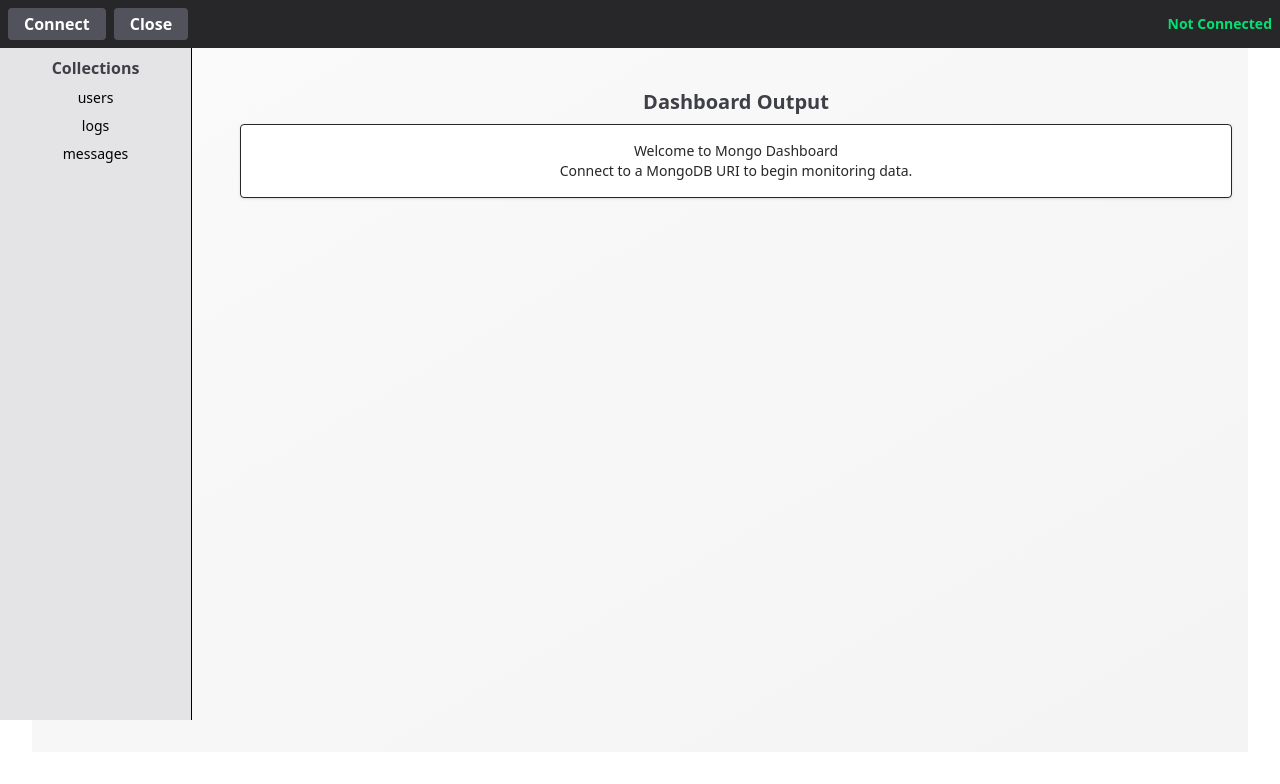
Repository: aryan151pratap/Dashboard
Page: / (app in frontened/)
The author's editor kept a copy of each file at every save. The page is drawn from the files as they stood at one save, then again after the next save.
The browser window is 1280 px wide. The pictures show the whole page.
The project was rebuilt for these pictures with package versions that can differ from the ones it lists, and the page was loaded fresh each time. Also part of the build but not shown: frontened/vite.config.js, frontened/src/component/connect.jsx.

Above is the page before, as saved 2025-06-24 13:46:29.

After the next save:
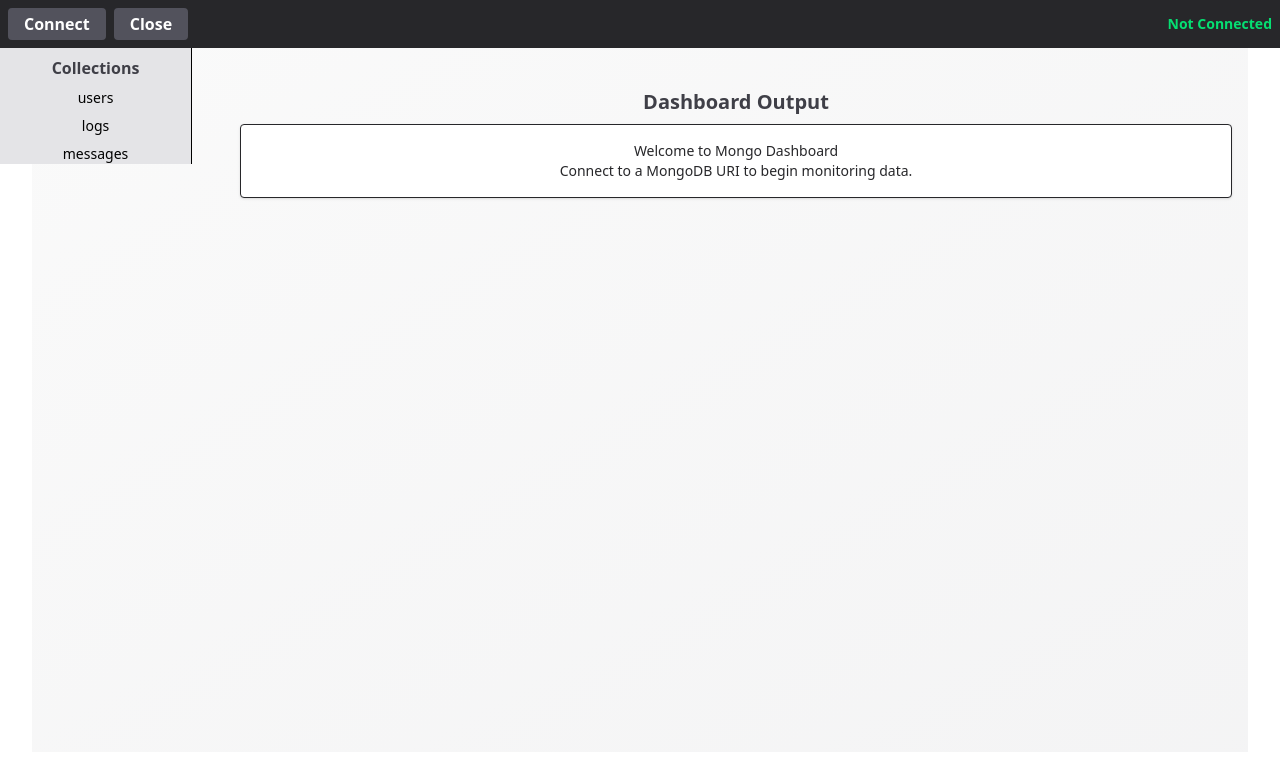
Saved 22 s later.
--- a/frontened/src/component/bar.jsx
+++ b/frontened/src/component/bar.jsx
@@ -27,8 +27,8 @@
 			</p>
 		</div>
 
-		<div className="flex flex-col">
-			<div className="h-screen pt-12 w-48 bg-zinc-200 fixed left-0 top-0 border-r">
+		<div className="h-screen flex flex-col">
+			<div className="pt-12 w-48 bg-zinc-200 fixed left-0 top-0 border-r">
 				<p className="text-center font-bold p-2 text-zinc-700">Collections</p>
 				<ul className="px-4 text-sm space-y-2">
 					<li className="hover:underline cursor-pointer">users</li>

After the save that followed:
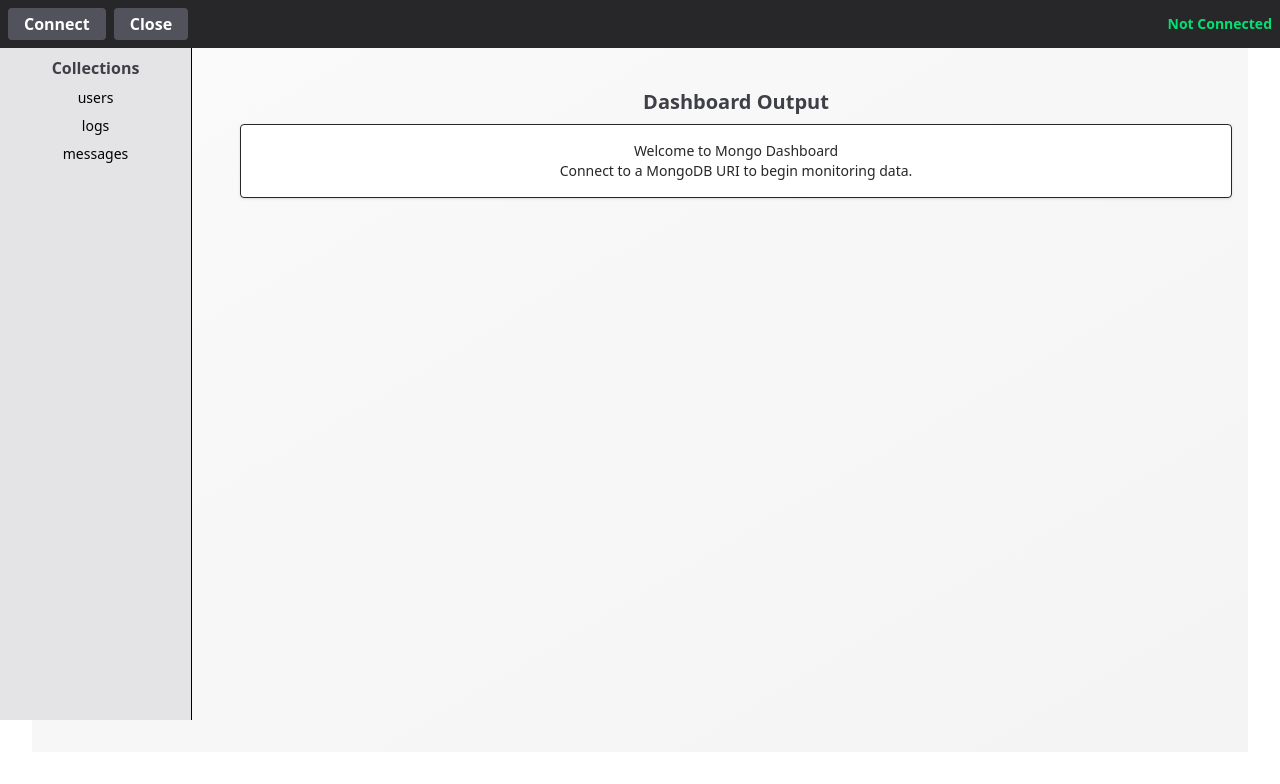
Saved 11 s later.
--- a/frontened/src/component/bar.jsx
+++ b/frontened/src/component/bar.jsx
@@ -28,7 +28,7 @@
 		</div>
 
 		<div className="h-screen flex flex-col">
-			<div className="pt-12 w-48 bg-zinc-200 fixed left-0 top-0 border-r">
+			<div className="h-full pt-12 w-48 bg-zinc-200 fixed left-0 top-0 border-r">
 				<p className="text-center font-bold p-2 text-zinc-700">Collections</p>
 				<ul className="px-4 text-sm space-y-2">
 					<li className="hover:underline cursor-pointer">users</li>
